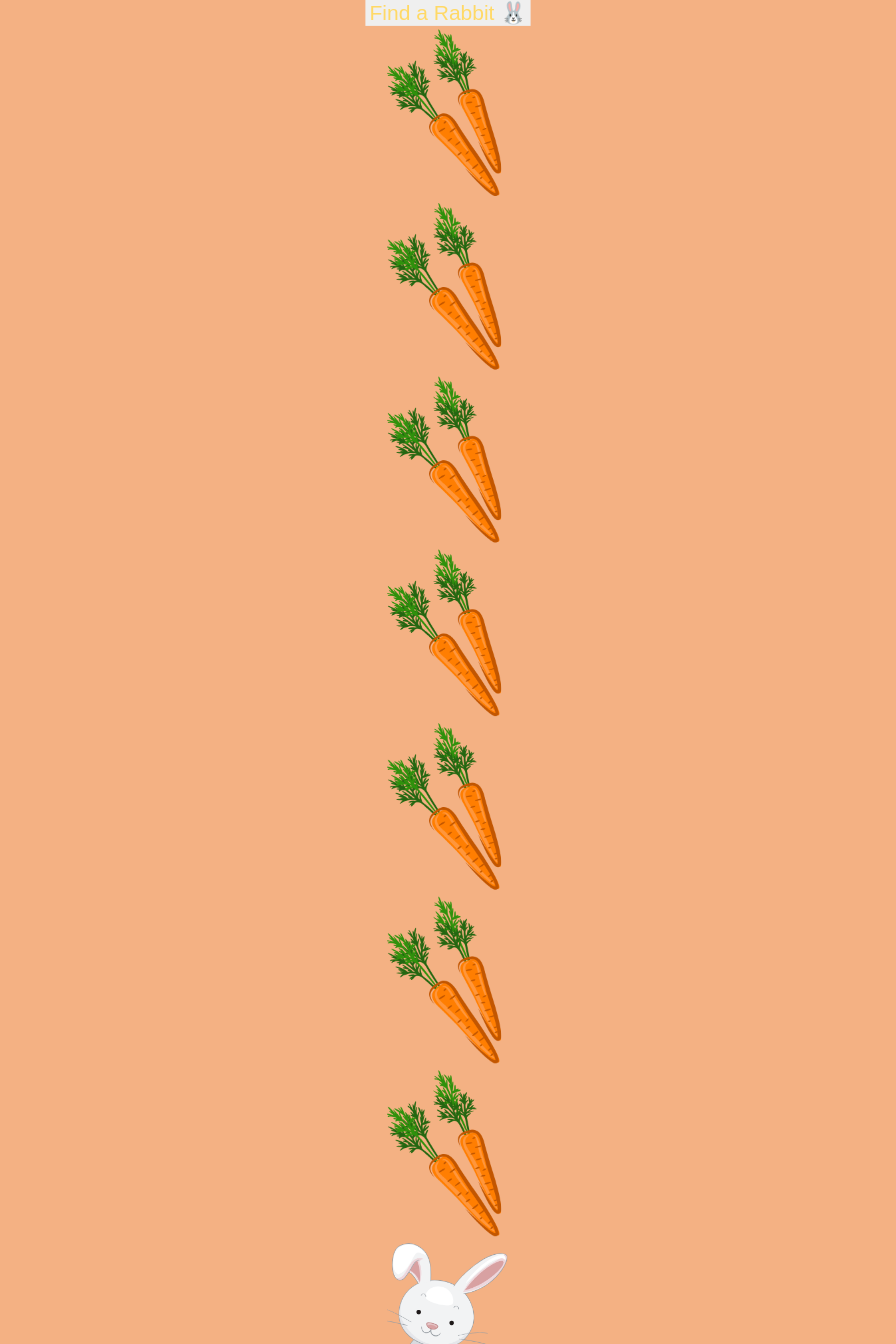
Repository: sephinejo/frontend-browser-101
Page: browser/practice-find-rabbit/index.html
These files come from the project's save history. The page is drawn as it stood at one moment and after the next save; the edit follows.
The browser window is 1280 px wide. The pictures show the part of the page from y = 0 to 1920 px (the page is 2978 px tall), at 70% of full size.
Some web fonts or font styles are not loaded; a fallback is used.

Above is the page before, as saved 2023-05-10 21:14:47.

After the next save:
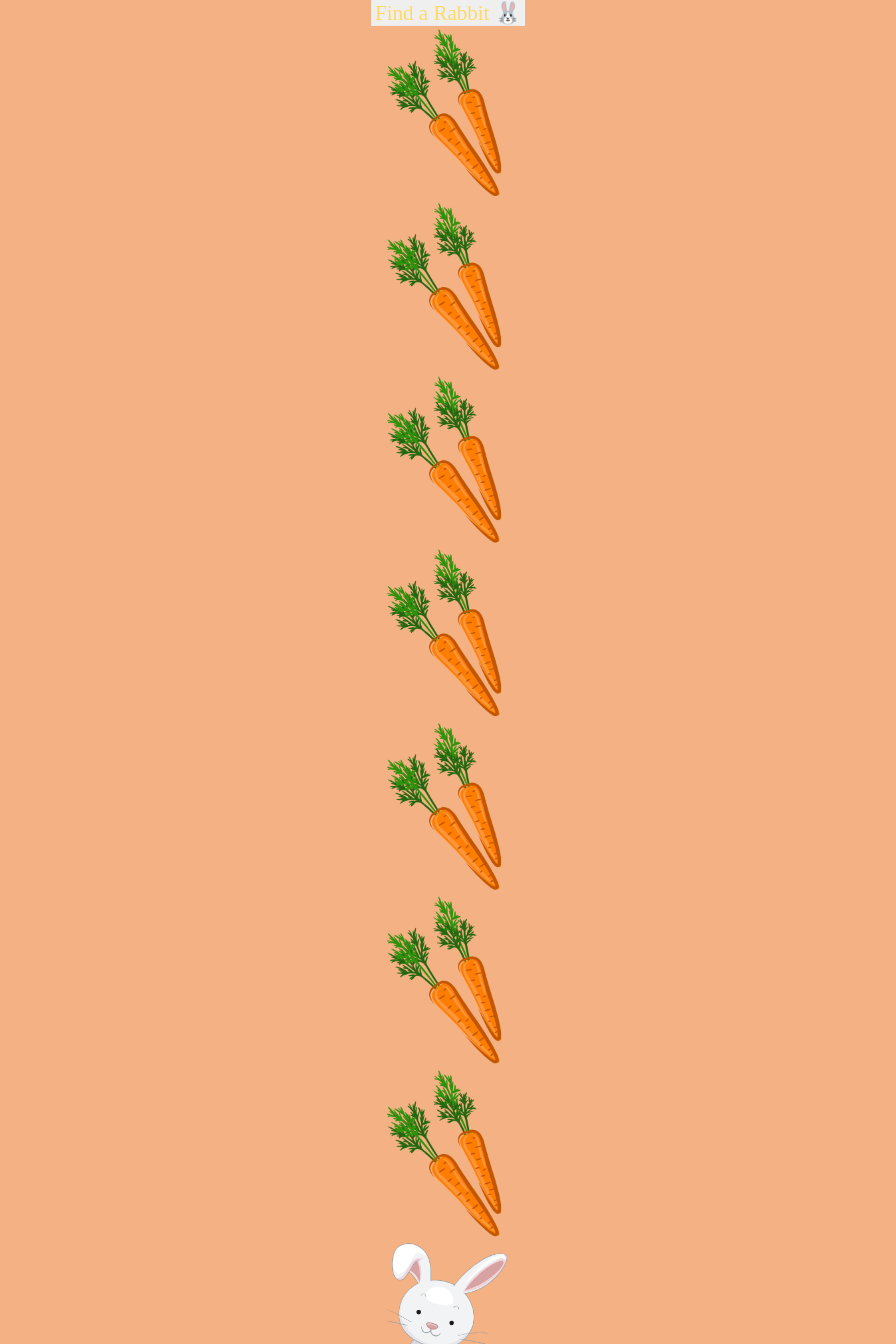
Saved 4 s later.
--- a/browser/practice-find-rabbit/index.html
+++ b/browser/practice-find-rabbit/index.html
@@ -23,7 +23,7 @@
         border-style: none;
         color: #ffd966;
         font-size: 30px;
-        font-family: ;
+        font-family: Alice;
       }
 
       img {
